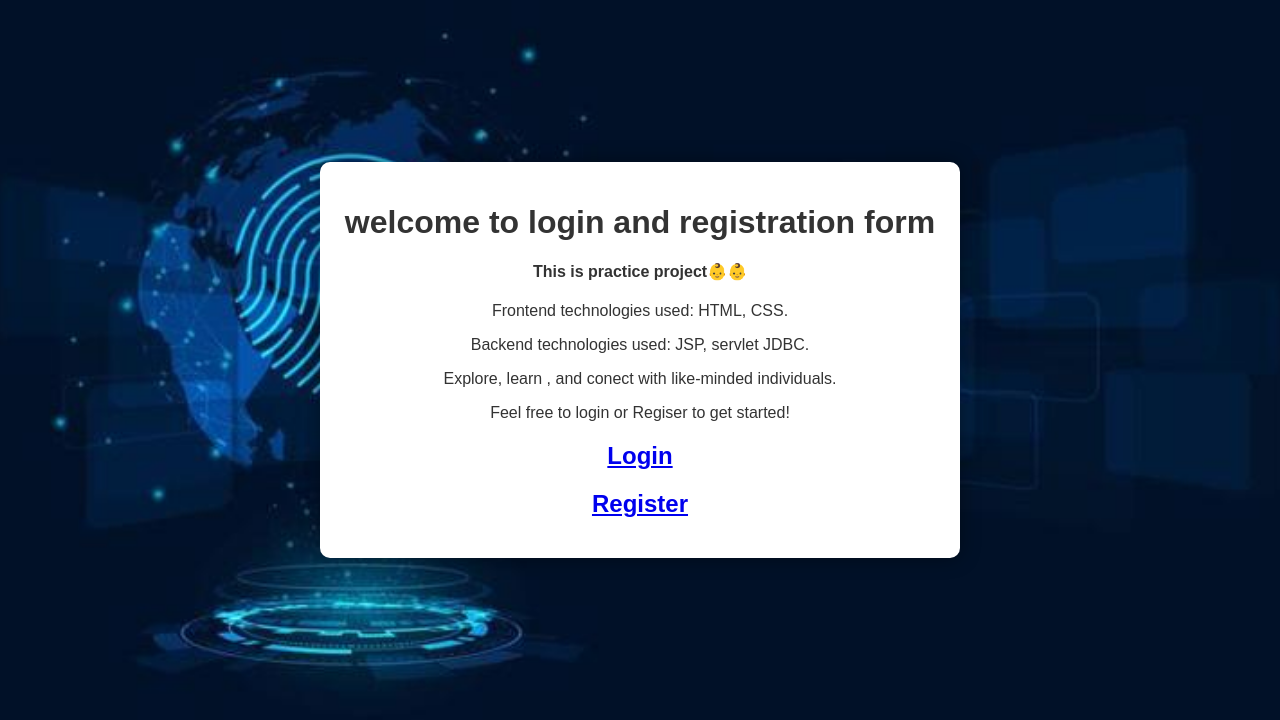
Repository: Rajivkumar2023/java-practice
Page: http://localhost/Login-Registration/
These files come from the project's save history. The page is drawn as it stood at one moment and after the next save; the edit follows.
The browser window is 1280 px wide. The pictures show the whole page.
The page is served by Tomcat 10. Other server files are loaded and not shown.

Above is the page before, as saved 2024-07-31 09:32:09.

### Login-Registration/src/main/webapp/index.html
<!DOCTYPE html>
<html>
<head>
<meta charset="UTF-8">
<title>Insert title here</title>
<link rel="stylesheet" type="text/css" href="index.css">
</head>
<body>
<div class="containter">
	<h1> welcome to login and registration form</h1>
	<h4><b>This is practice project👶👶</b></h4>
	<p>Frontend technologies used: HTML, CSS. </p>
	<P> Backend technologies used: JSP, servlet JDBC.</P>
	<P> Explore, learn , and conect with like-minded individuals.</P>
	<p> Feel free to login or Regiser to get started!</p>
	<div class="links">
		<a href="login.jsp"><h2>Login</h2></a>

		<a href="register.jsp"><h2>Register</h2></a>
	</div>
</div>
</body>
</html>

### Login-Registration/src/main/webapp/index.css
@charset "UTF-8";
body{
	align-items:center;
	background-color:#BEFD6C;
	font-family:'Arial', sans-sarif;
	justify-content:center;
	height:100vh;
	margin:0;
	background-color:#BEFD6C;
	background-image:url('background_img.jpg');
	background-size:cover;
	background-position:center center;
	background-repeat: no-repeat;
	color:#333;
	display:flex;
	flex-direction:column;
}
.containter{
	width:600px;
	padding:20px;
	border-radius:10px;
	box-shadow: 0 0 20px rgba(0,0,1,0.4);
	background-color:white;
	text-align:center;

}

After the next save:
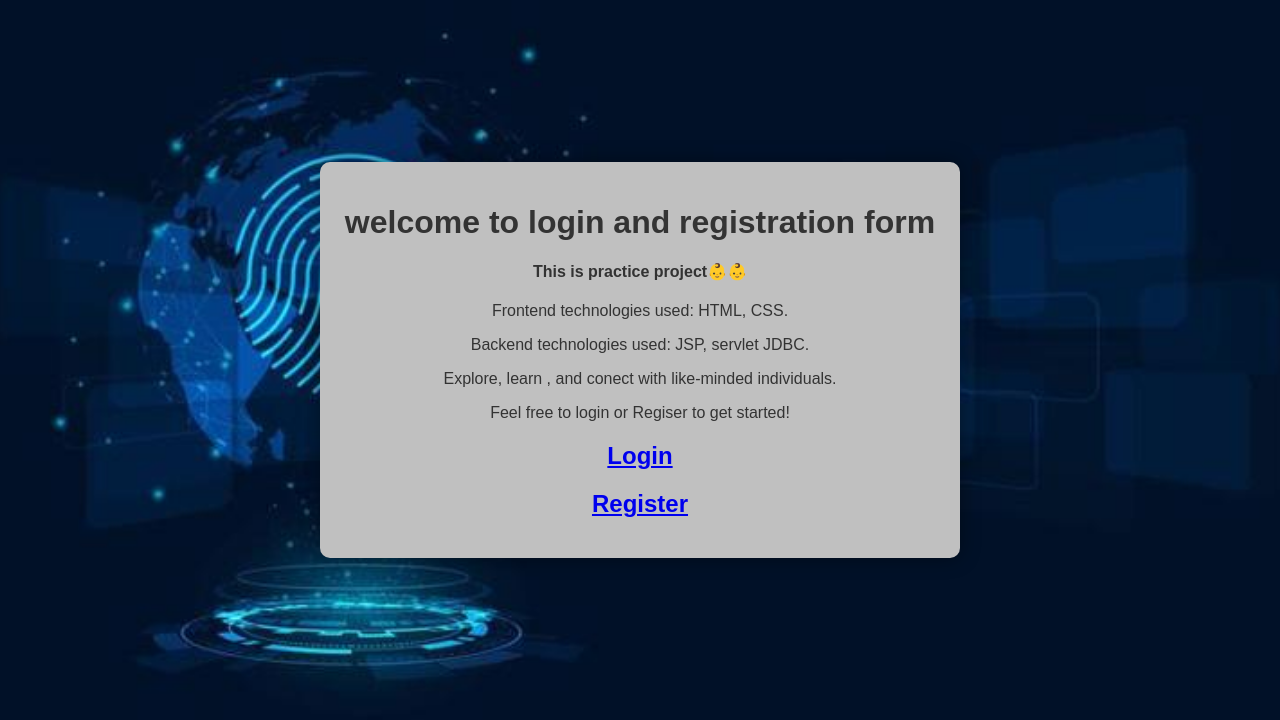
Saved 28 s later.
--- a/Login-Registration/src/main/webapp/index.css
+++ b/Login-Registration/src/main/webapp/index.css
@@ -20,7 +20,7 @@ body{
 	padding:20px;
 	border-radius:10px;
 	box-shadow: 0 0 20px rgba(0,0,1,0.4);
-	background-color:white;
+	background-color:#c0c0c0;
 	text-align:center;
 
 }
